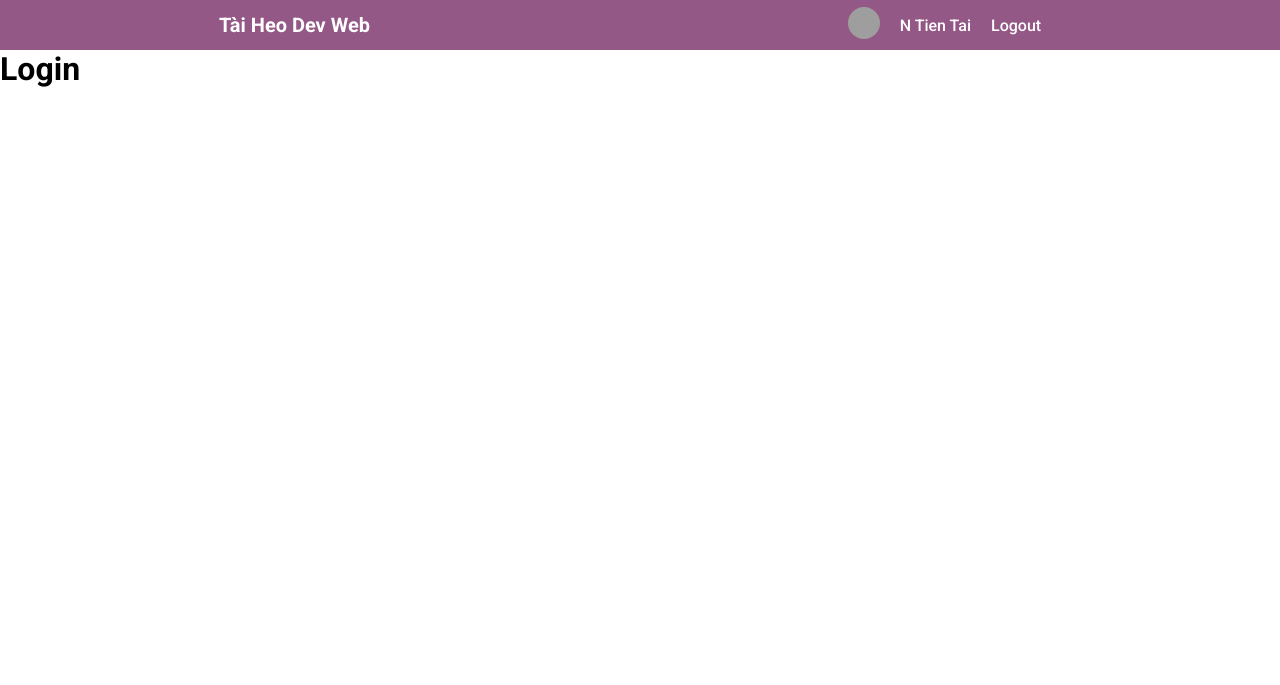
Repository: fdhhhdjd/Authentication-Google-FB-GitHub
Page: /login (app in client/)
The author's editor kept a copy of each file at every save. The page is drawn from the files as they stood at one save, then again after a run of saves.
The browser window is 1280 px wide. The pictures show the whole page.
Pictures or frames that could not be fetched are drawn as grey boxes. The project was rebuilt for these pictures with package versions that can differ from the ones it lists, and the page was loaded fresh each time. Also part of the build but not shown: client/src/Components/Card.js, client/src/Utils/Data.js, client/src/Pages/Home.js, client/src/Pages/Post.js.

Above is the page before, as saved 2021-12-28 09:34:50.

### client/public/index.html
<!DOCTYPE html>
<html lang="en">
  <head>
    <meta charset="utf-8" />
    <link rel="icon" href="%PUBLIC_URL%/favicon.ico" />
    <meta name="viewport" content="width=device-width, initial-scale=1" />
    <meta name="theme-color" content="#000000" />
    <meta
      name="description"
      content="Web site created using create-react-app"
    />
    <link rel="apple-touch-icon" href="%PUBLIC_URL%/logo192.png" />
    <link
      href="https://fonts.googleapis.com/css2?family=Roboto:wght@100;300;400;500;700;900&display=swap"
      rel="stylesheet"
    />
    <!--
      manifest.json provides metadata used when your web app is installed on a
      user's mobile device or desktop. See https://developers.google.com/web/fundamentals/web-app-manifest/
    -->
    <link rel="manifest" href="%PUBLIC_URL%/manifest.json" />
    <!--
      Notice the use of %PUBLIC_URL% in the tags above.
      It will be replaced with the URL of the `public` folder during the build.
      Only files inside the `public` folder can be referenced from the HTML.

      Unlike "/favicon.ico" or "favicon.ico", "%PUBLIC_URL%/favicon.ico" will
      work correctly both with client-side routing and a non-root public URL.
      Learn how to configure a non-root public URL by running `npm run build`.

    -->
    <style>
      * {
        margin: 0;
        font-family: "Roboto", sans-serif;
      }
    </style>
    <title>Authentication React</title>
  </head>
  <body>
    <noscript>You need to enable JavaScript to run this app.</noscript>
    <div id="root"></div>
    <!--
      This HTML file is a template.
      If you open it directly in the browser, you will see an empty page.

      You can add webfonts, meta tags, or analytics to this file.
      The build step will place the bundled scripts into the <body> tag.

      To begin the development, run `npm start` or `yarn start`.
      To create a production bundle, use `npm run build` or `yarn build`.
    -->
  </body>
</html>

### client/src/App.js
import logo from "./logo.svg";
import "./App.css";
import { BrowserRouter, Routes, Route, Navigate } from "react-router-dom";
import { Home, Navbar, Post, Login } from "./Imports/Index";
function App() {
  return (
    <BrowserRouter>
      <div>
        <Navbar />
        <Routes>
          <Route path="/" element={<Home />} />
          <Route
            path="/login"
            // element={user ? <Navigate to="/" /> : <Login />}
            element={<Login />}
          />
          <Route
            path="/post/:id"
            // element={user ? <Post /> : <Navigate to="/login" />}
            element={<Post />}
          />
        </Routes>
      </div>
    </BrowserRouter>
  );
}

export default App;

### client/src/App.css
.navbar {
  height: 50px;
  background-color: rgba(102, 16, 83, 0.698);
  color: white;
  display: flex;
  align-items: center;
  justify-content: space-around;
}

.logo {
  font-size: 20px;
  font-weight: bold;
}

.list {
  display: flex;
  align-items: center;
  list-style: none;
}

.listItem {
  margin-right: 20px;
  font-weight: 500;
  cursor: pointer;
}

.avatar {
  width: 32px;
  height: 32px;
  border-radius: 50%;
  object-fit: cover;
}

.home {
  display: flex;
  padding: 50px 100px;
  justify-content: space-between;
  flex-wrap: wrap;
}

.card {
  width: 30%;
  padding: 10px;
  border-radius: 20px;
  -webkit-box-shadow: 0px 5px 33px -21px rgba(66, 68, 90, 1);
  -moz-box-shadow: 0px 5px 33px -21px rgba(66, 68, 90, 1);
  box-shadow: 0px 5px 33px -21px rgba(66, 68, 90, 1);
}

.img {
  width: 100%;
  height: 200px;
  object-fit: cover;
  margin: 20px 0px;
}

.desc {
  color: #333;
  margin-bottom: 20px;
  line-height: 25px;
}

.cardButton {
  border: none;
  border-radius: 10px;
  background-color: rgba(53, 16, 102, 0.678);
  padding: 10px;
  color: white;
  font-weight: bold;
  cursor: pointer;
}

.post {
  display: flex;
  flex-direction: column;
  align-items: center;
}

.postImg {
  width: 100%;
  height: 300px;
  object-fit: cover;
  margin-bottom: 20px;
}

.postDesc {
  padding: 0 100px;
  font-size: 24px;
  font-weight: 300;
  color: gray;
  margin-top: 50px;
}

.postLongDesc {
  padding: 100px;
  padding-top: 50px;
  font-size: 18px;
  line-height: 24px;
}

.login {
  height: calc(100vh - 50px);
  display: flex;
  align-items: center;
  justify-content: center;
}

.wrapper {
  width: 60%;
  height: 75%;
  -webkit-box-shadow: 0px 5px 33px -21px rgba(66, 68, 90, 1);
  -moz-box-shadow: 0px 5px 33px -21px rgba(66, 68, 90, 1);
  box-shadow: 0px 5px 33px -21px rgba(66, 68, 90, 1);
  display: flex;
  align-items: center;
  border-radius: 20px;
}


.left,.right{
  flex: 1;
  display: flex;
  flex-direction: column;
  align-items: center;
}

.center{
  height: 100%;
  display: flex;
  align-items: center;
  justify-content: center;
  position: relative;
}

.or{
  border: 2px solid lightgray;
  border-radius: 50%;
  padding: 10px;
  color: gray;
  background-color: white;
  font-weight: bold;
}

.line{
  width: 0.5px;
  height: 70%;
  background-color: lightgray;
  position: absolute;
  top: 0;
  bottom: 0;
  left: 0;
  right: 0;
  margin: auto;
  z-index: -1;
}

.loginButton{
  width: 150px;
  padding: 15px 25px;
  border-radius: 5px;
  color: white;
  display: flex;
  align-items: center;
  font-weight: bold;
  margin-bottom: 20px;
  cursor: pointer;
}

.google{
  background-color: #df4930;
}
.facebook{
  background-color: #507cc0;
}
.github{
  background-color: black;
}

.icon{
  width: 20px;
  height: 20px;
  margin-right: 10px;
}

input{
  width: 200px;
  padding: 15px 20px;
  margin-bottom: 20px;
}

.submit{
  width: 200px;
  background-color: rgba(128, 0, 128, 0.671);
  color: white;
  font-weight: bold;
  border: none;
  padding: 15px 20px;
  border-radius: 5px;
}

.loginTitle{
  position: absolute;
  top: 150px;
  color:lightgray
}

.link{
  color: inherit;
  text-decoration: none;
}

@media screen and (max-width: 992px) {
  .card {
    width: 100%;
    margin-bottom: 50px;
  }

  .wrapper {
    width: 65%;
    height: 90%;
    flex-direction: column;
  }

  .loginTitle {
    display: none;
  }

  .center {
    width: 100%;
    position: relative;
  }

  .left {
    padding: 20px;
  }

  .right {
    padding: 20px;
  }

  .line {
    height: 0.5px;
    width: 300px;
  }
}

### client/src/Imports/Index.js
export { default as Navbar } from "../Components/Navbar";
export { default as Card } from "../Components/Card";
export { default as Home } from "../Pages/Home";
export { default as Login } from "../Pages/Login";
export { default as Post } from "../Pages/Post";

### client/src/Components/Navbar.js
import React from "react";
import { Link } from "react-router-dom";
const Navbar = () => {
  const handleLogout = () => {};
  return (
    <>
      <div className="navbar">
        <span className="logo">
          <Link className="link" to="/">
            Tài Heo Dev Web
          </Link>
        </span>

        <ul className="list">
          <li className="listItem">
            {/* <img src={user.photos[0].value} alt="" className="avatar" /> */}
            <img
              src="https://scontent.fsgn2-6.fna.fbcdn.net/v/t1.6435-1/c0.80.240.240a/p240x240/190801150_3047073538840591_1241117089856663372_n.jpg?_nc_cat=100&ccb=1-5&_nc_sid=7206a8&_nc_ohc=xnYWSqjvTl4AX9RY_UY&_nc_ht=scontent.fsgn2-6.fna&oh=00_AT-1E-96WzLB7pj7W7bDKwwLN7vtbE5gzAd_jzOv_Jfuyg&oe=61F16B9E"
              alt=""
              className="avatar"
            />
          </li>
          {/* <li className="listItem">{user.displayName}</li> */}
          <li className="listItem">N Tien Tai</li>
          <li className="listItem" onClick={handleLogout}>
            Logout
          </li>
        </ul>

        {/* <Link className="link" to="login">
          Login
        </Link> */}
      </div>
    </>
  );
};

export default Navbar;

### client/src/Pages/Login.js
import React from "react";

const Login = () => {
  return (
    <>
      <h1>Login</h1>
    </>
  );
};

export default Login;

Loaded but not shown: client/src/index.js (common file); client/src/index.css (common file); client/src/reportWebVitals.js (common file)

After the next 3 saves:
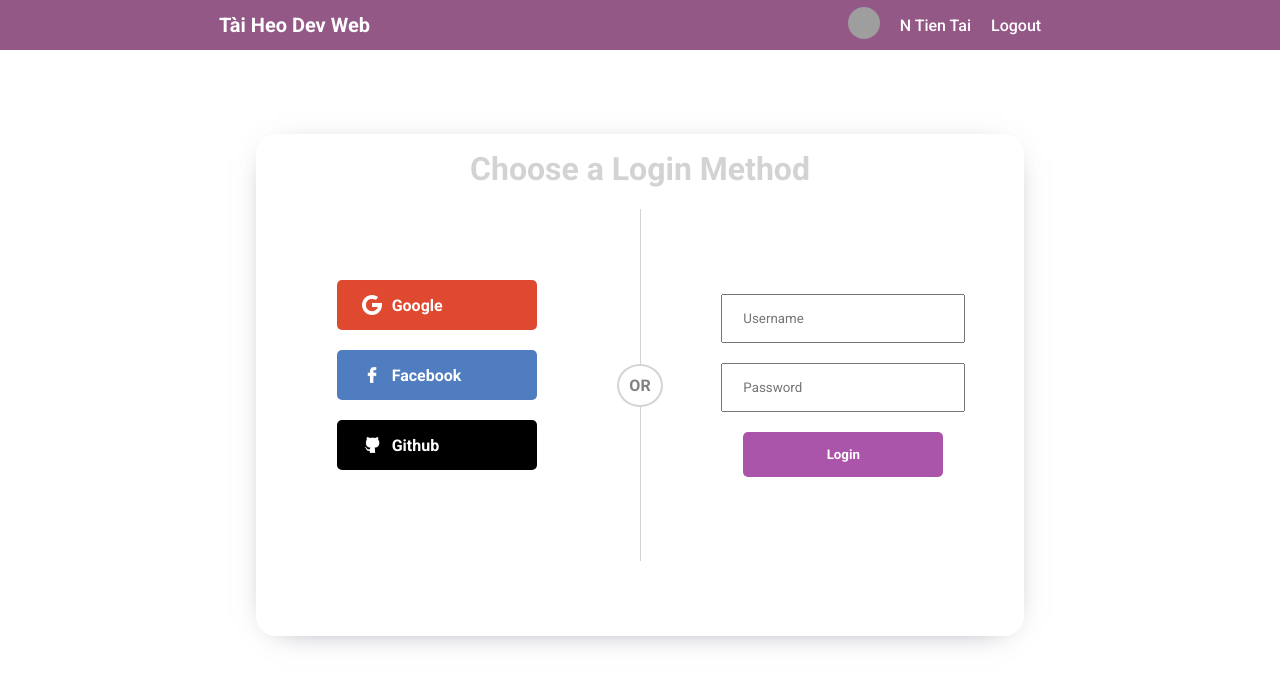
The 3 saves are shown as one change because 2 did not build or start.
The last was saved 5 min 55 s later.
--- a/client/src/Pages/Login.js
+++ b/client/src/Pages/Login.js
@@ -1,9 +1,41 @@
 import React from "react";
-
+import Google from "../Img/google.png";
+import Facebook from "../Img/facebook.png";
+import Github from "../Img/github.png";
 const Login = () => {
+  const handleGoogle = () => {};
+  const handleFacebook = () => {};
+  const handleGithub = () => {};
   return (
     <>
-      <h1>Login</h1>
+      <div className="login">
+        <h1 className="loginTitle">Choose a Login Method</h1>
+        <div className="wrapper">
+          <div className="left">
+            <div className="loginButton google" onClick={handleGoogle}>
+              <img src={Google} alt="" className="icon" />
+              Google
+            </div>
+            <div className="loginButton facebook" onClick={handleFacebook}>
+              <img src={Facebook} alt="" className="icon" />
+              Facebook
+            </div>
+            <div className="loginButton github" onClick={handleGithub}>
+              <img src={Github} alt="" className="icon" />
+              Github
+            </div>
+          </div>
+          <div className="center">
+            <div className="line" />
+            <div className="or">OR</div>
+          </div>
+          <div className="right">
+            <input type="text" placeholder="Username" />
+            <input type="text" placeholder="Password" />
+            <button className="submit">Login</button>
+          </div>
+        </div>
+      </div>
     </>
   );
 };
